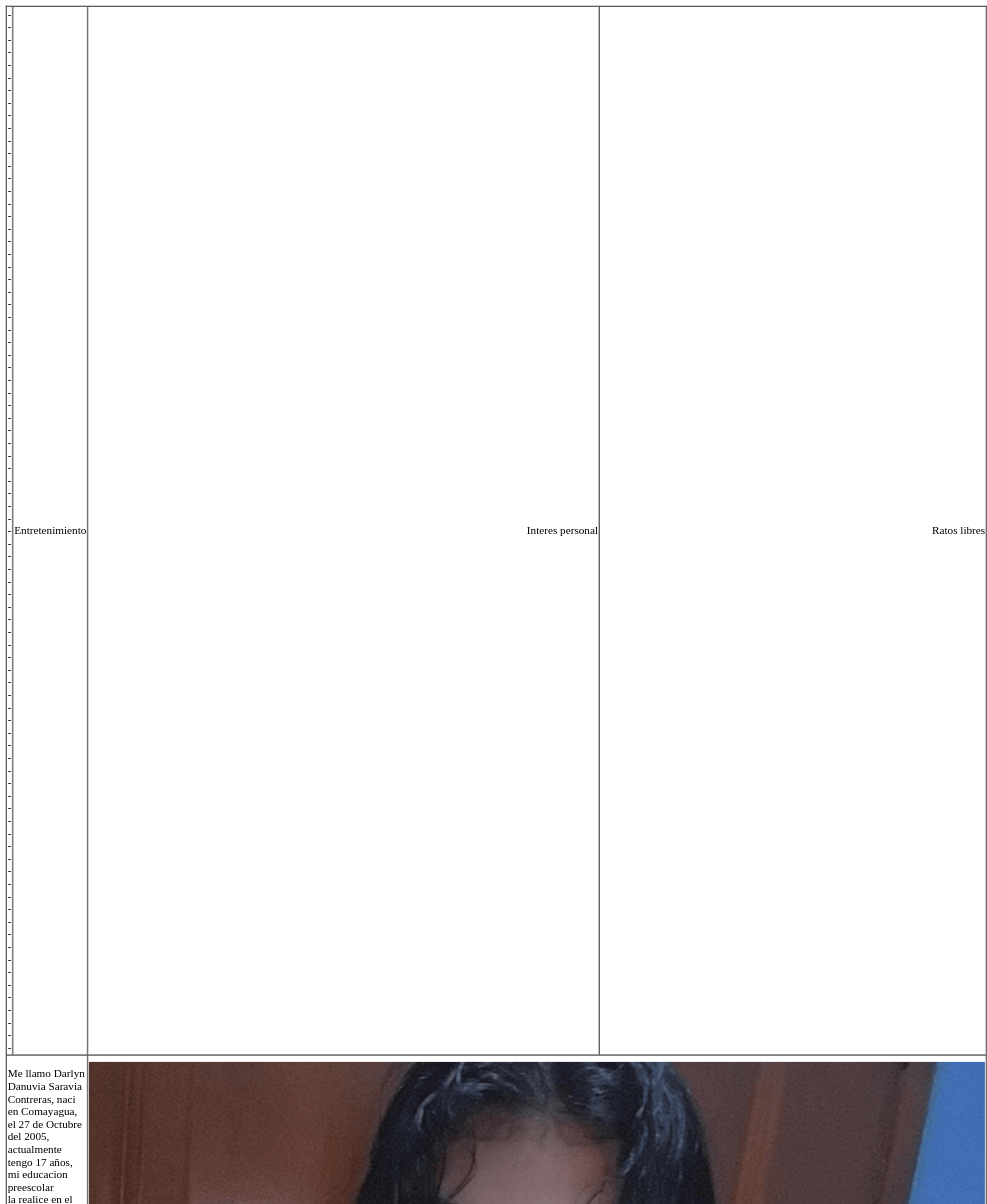
Repository: darlyn-saravia27/portafolio-darlynsaravia
Page: archivoshtml/tareas de html/index.html
An editor plug-in stored every save of this project. The page is shown before and after the next save, followed by the edit.
The browser window is 1280 px wide. The page is 1410 px wide, then 1280 px, so the pictures cover 1410 px, including what lies to the right of the window. The pictures show the part of the page from y = 0 to 1720 px (the page is 2452 px tall before and 720 px after), at 70% of full size.

Above is the page before, as saved 2023-03-04 01:10:18.

After the next save:
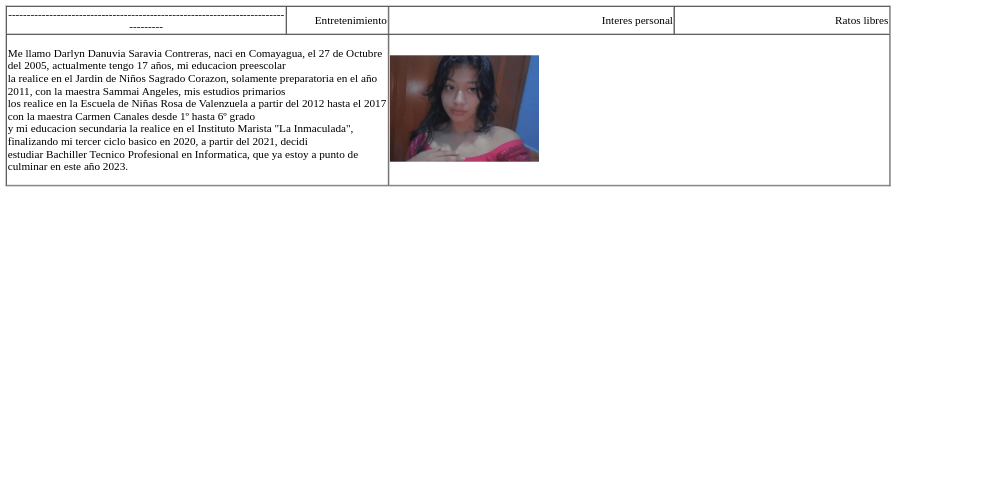
Saved 105 s later.
--- a/archivoshtml/tareas de html/index.html
+++ b/archivoshtml/tareas de html/index.html
@@ -28,7 +28,7 @@
             </p>
         </td>
         <td colspan="2">
-            <img src="archivoshtml/foto.png">
+            <img src="archivoshtml/foto.png" width="30%" height="auto">
     </tr>
 </body>
 </html>
